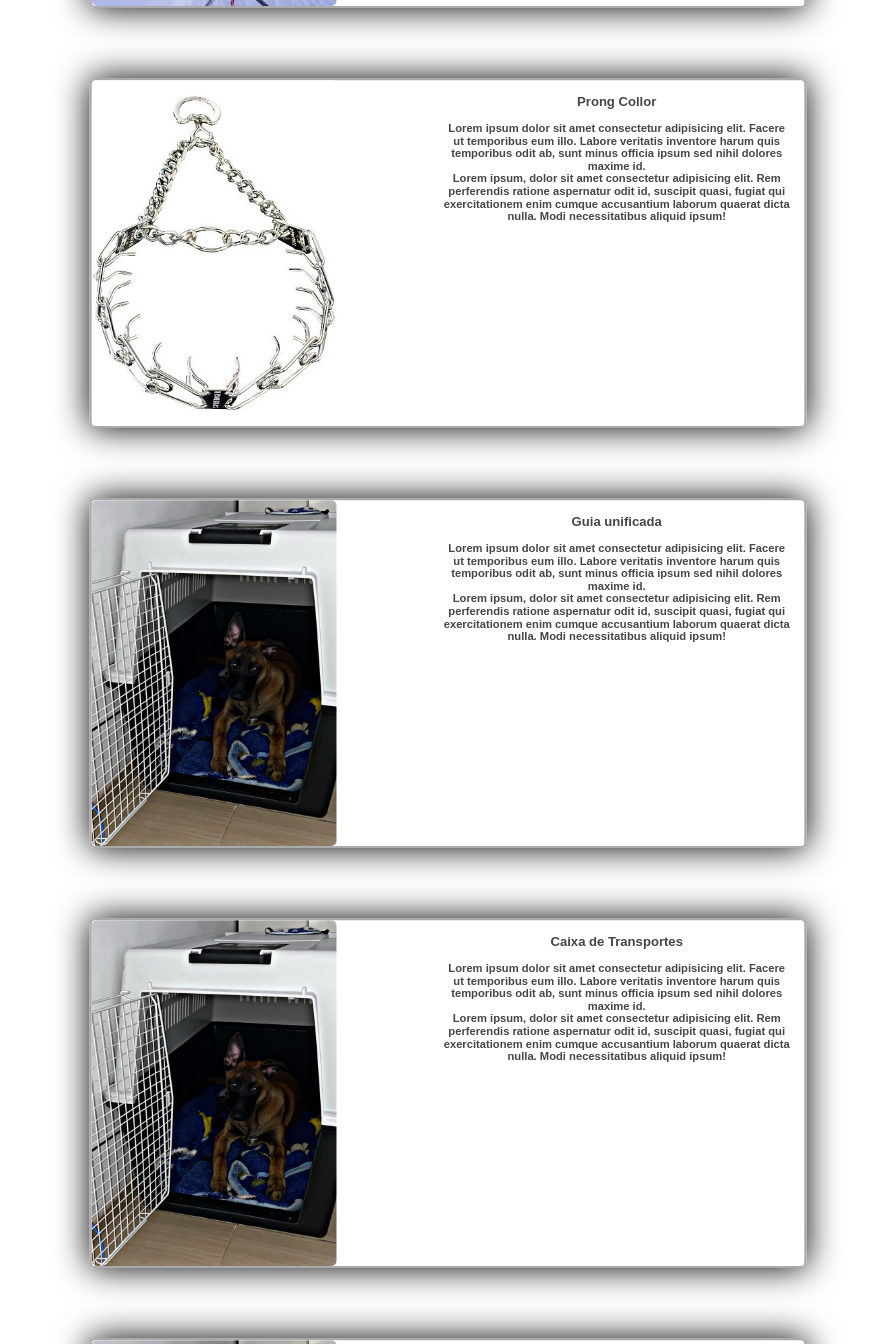
Repository: KevynMarques/Blog-React-StyledComponent
Page: /, after clicking the first element matching `button.sc-eqUAAy`
These files come from the project's save history. The page is drawn as it stood at one moment and after the next save; the edit follows.
The browser window is 1280 px wide. The pictures show the part of the page from y = 892 to 2812 px (the page is 3403 px tall), at 70% of full size.
The project was rebuilt for these pictures with package versions that can differ from the ones it lists, and the page was loaded fresh each time.

Above is the page before, as saved 2022-02-02 14:31:09.

After the next save:
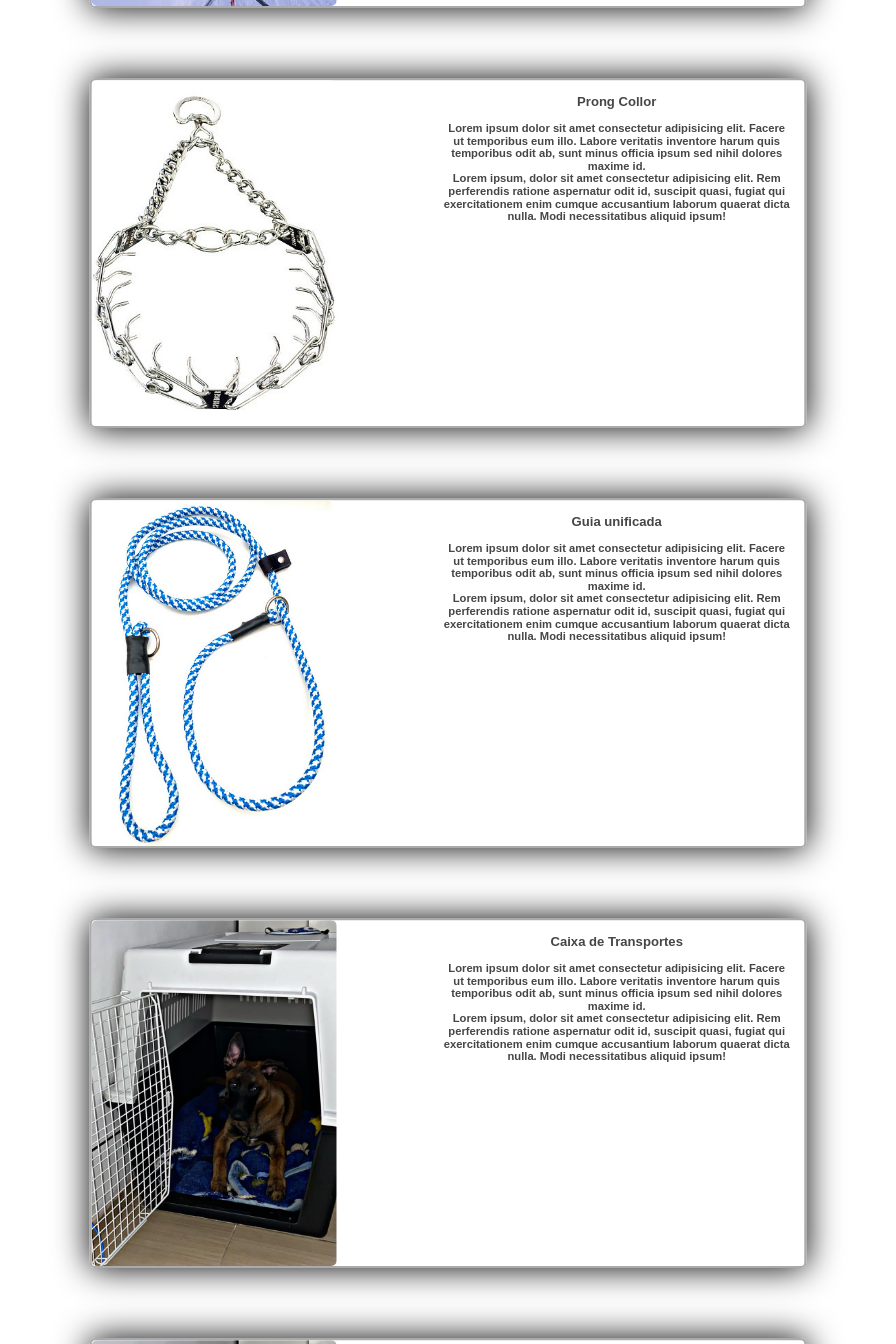
Saved 8 s later.
--- a/src/Components/Equipamentos/index.jsx
+++ b/src/Components/Equipamentos/index.jsx
@@ -58,7 +58,7 @@ export default () => {
     Lorem ipsum, dolor sit amet consectetur adipisicing elit. Rem perferendis ratione aspernatur odit id, suscipit quasi, fugiat qui exercitationem enim cumque accusantium laborum quaerat dicta nulla. Modi necessitatibus aliquid ipsum!
     </p>
     <div>
-        <img src={Caixa} />
+        <img src={Unificada} />
        </div>
     </section>
     </Container>
